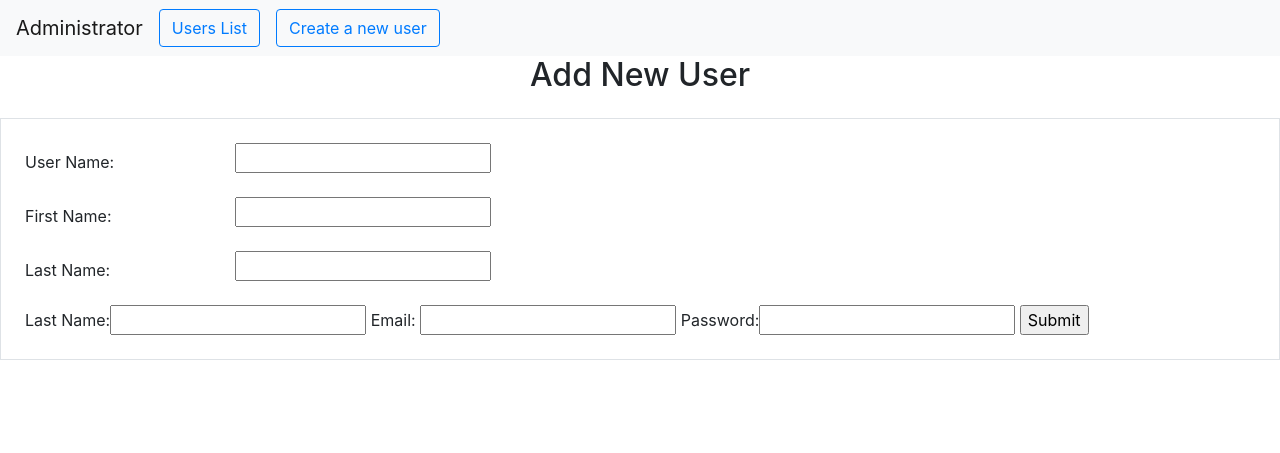
Repository: Dimitris-Kaler/Keycloak-Admin-Web-Interface
Page: http://localhost/rest-api/src/webapp/createUser.jsp
An editor plug-in stored every save of this project. The page is shown before and after the next save, followed by the edit.
The browser window is 1280 px wide. The pictures show the whole page.
The page is served by Tomcat 9.

Above is the page before, as saved 2023-12-22 18:39:07.

After the next save:
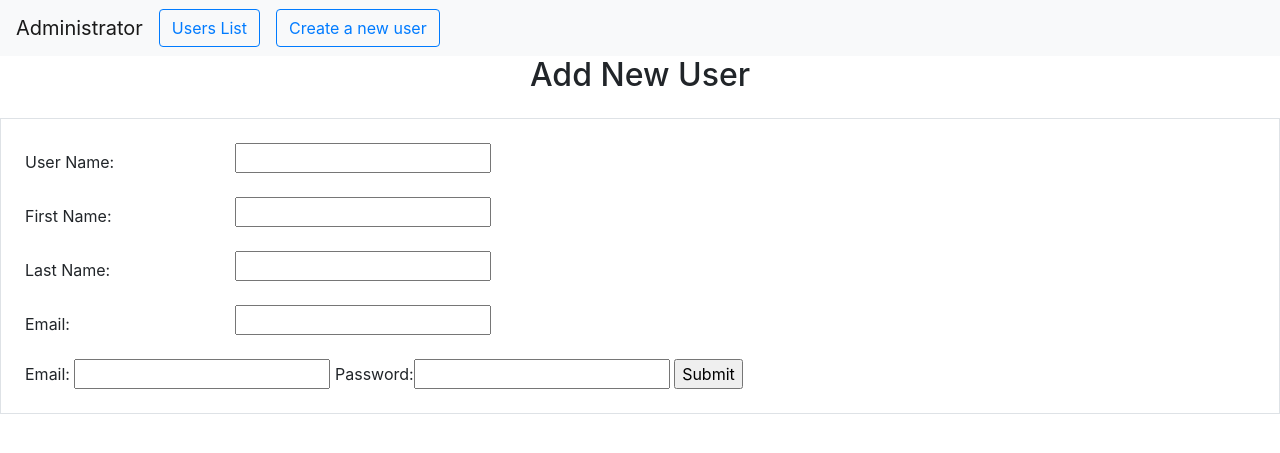
Saved 43 s later.
--- a/rest-api/src/webapp/createUser.jsp
+++ b/rest-api/src/webapp/createUser.jsp
@@ -49,10 +49,15 @@
 			<label for="lastName" class="col-sm-2 col-form-label">Last
 				Name:</label>
 			<div class="col-sm-10">
-				<input type="text" name="lastName" ">
+				<input type="text" name="lastName" >
 			</div>
 		</div>
-Last Name:<input type="text"name="lastName">
+		<div class="form-group row">
+			<label for="email" class="col-sm-2 col-form-label">Email:</label>
+			<div class="col-sm-10">
+				<input type="text" name="email" >
+			</div>
+		</div>
 Email: <input type="email"name="email">
 Password:<input type="password" name="password">
 <input type="submit"name="submit">
